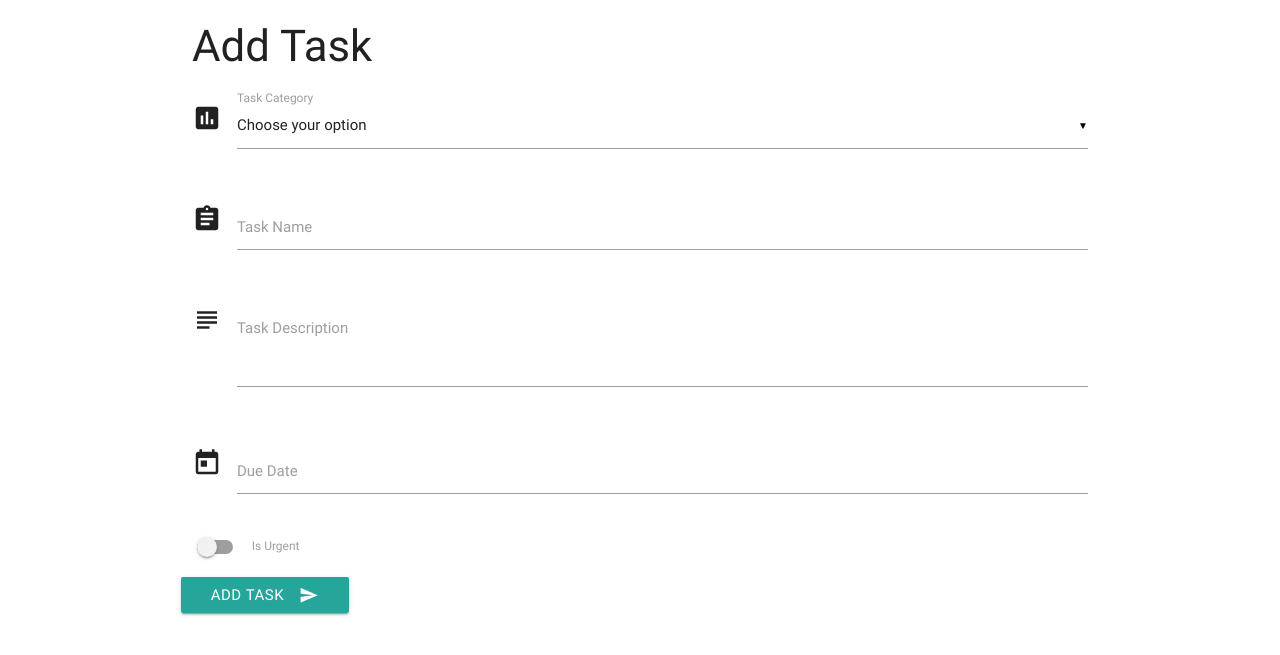
Repository: CharlieJT/task_manager
Page: http://localhost/add_task
The author's editor kept a record of every edit. The page is drawn from the files as they stood at one moment, then again after the next edit.
The browser window is 1280 px wide. The pictures show the whole page.
Some web libraries are served in a nearby version. The page is served by the project's application, run on Flask 3 (app.py). Queries for data that is not in the repository find no rows.

Above is the page before.

After the next edit:
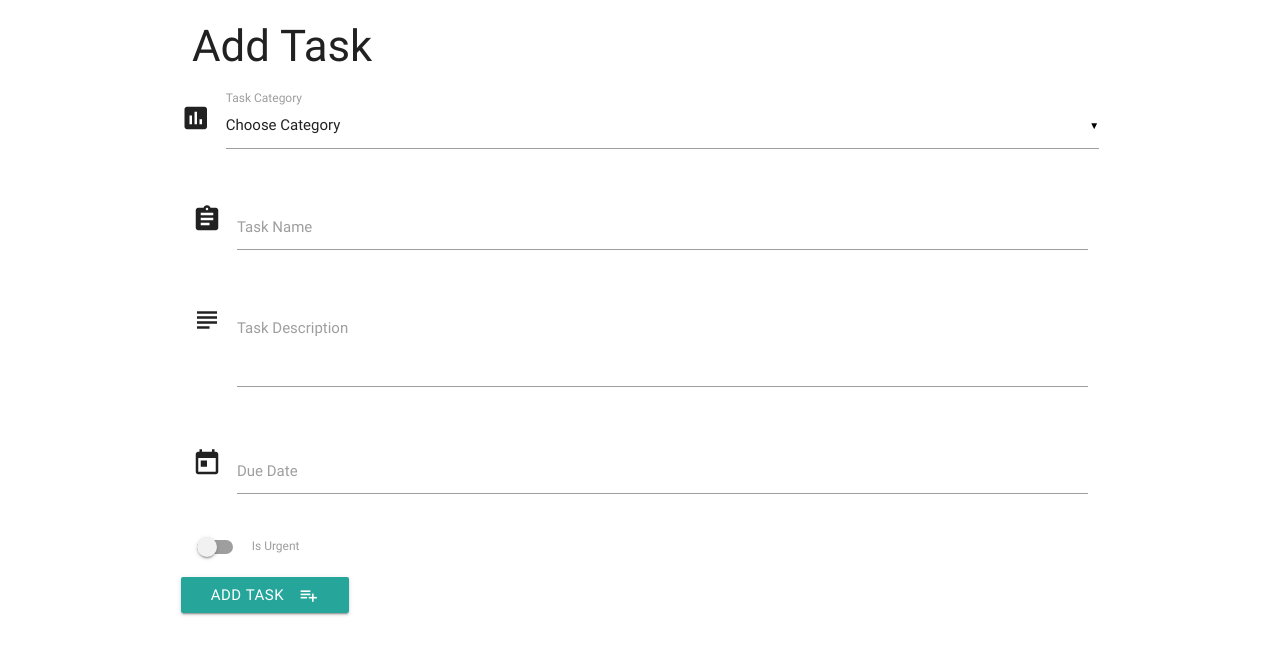
Console error: TypeError: Cannot read properties of null (reading 'addEventListener')
The edit:
--- a/templates/addtask.html
+++ b/templates/addtask.html
@@ -1,25 +1,23 @@
 {% extends 'base.html' %} {% block content %}
-
 <h3>Add Task</h3>
-
 <div class="row">
     <form action="{{ url_for('insert_task') }}" method="POST" class="col s12">
         <div class="row">
-            <div class="input-field col s12">
-                <i class="material-icons prefix">poll</i>
-                <select id="category" name="category_name">
-                    <option value="" disabled selected>Choose your option</option>
-                    {% for cat in categories %}
-                    <option value="{{cat.category_name}}">{{cat.category_name}}</option>
-                    {% endfor %}
+            <div class="row">
+                <div class="input-field col s12">
+                    <i class="material-icons prefix">poll</i>
+                    <select id="category" name="category_name">
+                  <option value="" disabled selected>Choose Category</option>
+                  {% for cat in categories %}
+                      <option value="{{cat.category_name}}">{{cat.category_name}}</option>
+                  {% endfor %}
                 </select>
-                <label>Task Category</label>
+                    <label>Task Category</label>
+                </div>
             </div>
-        </div>
-        <div class="row">
             <div class="input-field col s12">
                 <i class="material-icons prefix">assignment</i>
-                <input id="task_name" name="task_name" type="text" class="validate">
+                <input id="task_name" name="task_name" type="text">
                 <label for="icon_prefix">Task Name</label>
             </div>
         </div>
@@ -31,7 +29,7 @@
             </div>
         </div>
         <div class="row">
-            <div id="matfix" class="input-field col s12">
+            <div class="input-field col s12">
                 <i class="material-icons prefix">today</i>
                 <input id="due_date" name="due_date" type="text" class="datepicker">
                 <label for="icon_prefix">Due Date</label>
@@ -48,7 +46,7 @@
         </div>
         <div class="row">
             <button class="btn waves-effect waves-light" type="submit" name="action">Add Task
-                <i class="material-icons right">send</i>
+                <i class="material-icons right">playlist_add</i>
              </button>
         </div>
     </form>
